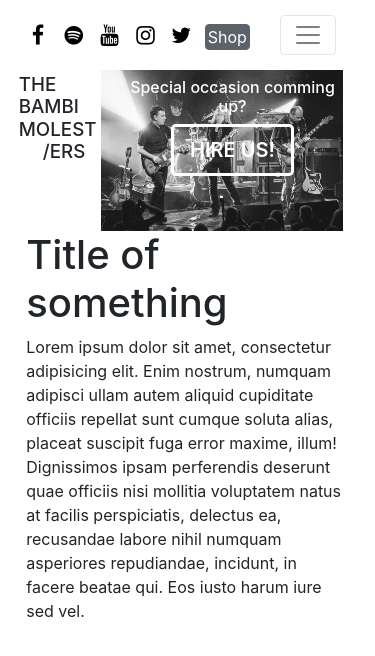
Repository: NamcorStudent/Stream_1_Project_HTML5-CSS3
Page: index.html
The author's editor kept a record of every edit. The page is drawn from the files as they stood at one moment, then again after the next edit.
The browser window is 375 px wide. The pictures show the whole page.
Some web libraries are served in a nearby version.

Above is the page before.

After the next edit:
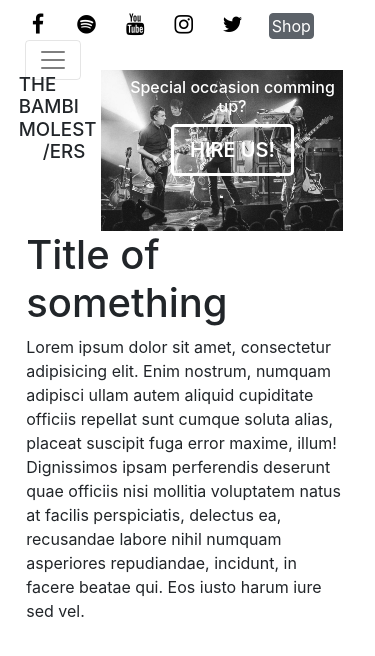
The edit:
--- a/assets/css/style.css
+++ b/assets/css/style.css
@@ -85,32 +85,6 @@
 }
 
 
-
-@media (max-width:575px){
-#navbarTogglerDropdown {
-    background-color: #fff;
-    z-index: 1;
-    width: 100vw;
-    height: 100vh;
-    text-align: center;
-    text-transform: uppercase;
-    }
-
-.list-inline .social-links{
-    font-size: 1.35rem;
-    }
-
-.social-links .list-inline .list-inline-item{
-    margin-right: 0.3rem;
-}
-
-#navbarTogglerDropdown > ul > li{
-    margin-top: 12%;
-    font-size: 20px;
-    letter-spacing: 4px;
-    }
-}
-
 /* Page title */
 
 .row .page-title{

After the edit that followed:
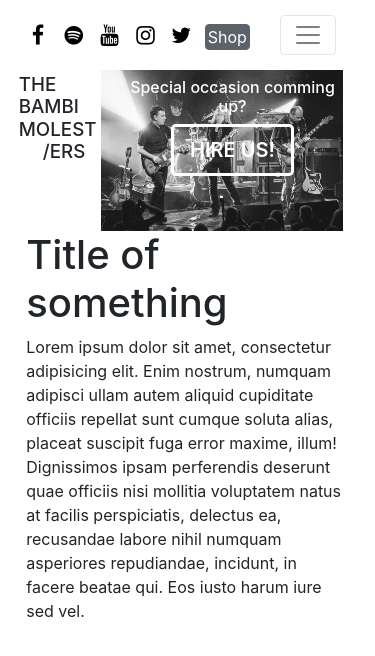
The edit:
--- a/assets/css/style.css
+++ b/assets/css/style.css
@@ -159,6 +159,32 @@
     color: #ffd962;
 }
 
+/* Media Query for Moblie */
+
+@media (max-width:575px){
+#navbarTogglerDropdown {
+    background-color: #fff;
+    z-index: 1;
+    width: 100vw;
+    height: 100vh;
+    text-align: center;
+    text-transform: uppercase;
+    }
+
+.list-inline .social-links{
+    font-size: 1.35rem;
+    }
+
+.social-links .list-inline .list-inline-item{
+    margin-right: 0.3rem;
+}
+
+#navbarTogglerDropdown > ul > li{
+    margin-top: 12%;
+    font-size: 20px;
+    letter-spacing: 4px;
+    }
+}
 
 /* ------------------------------------ CONTENT UNIQUE TO PAGE */
 
